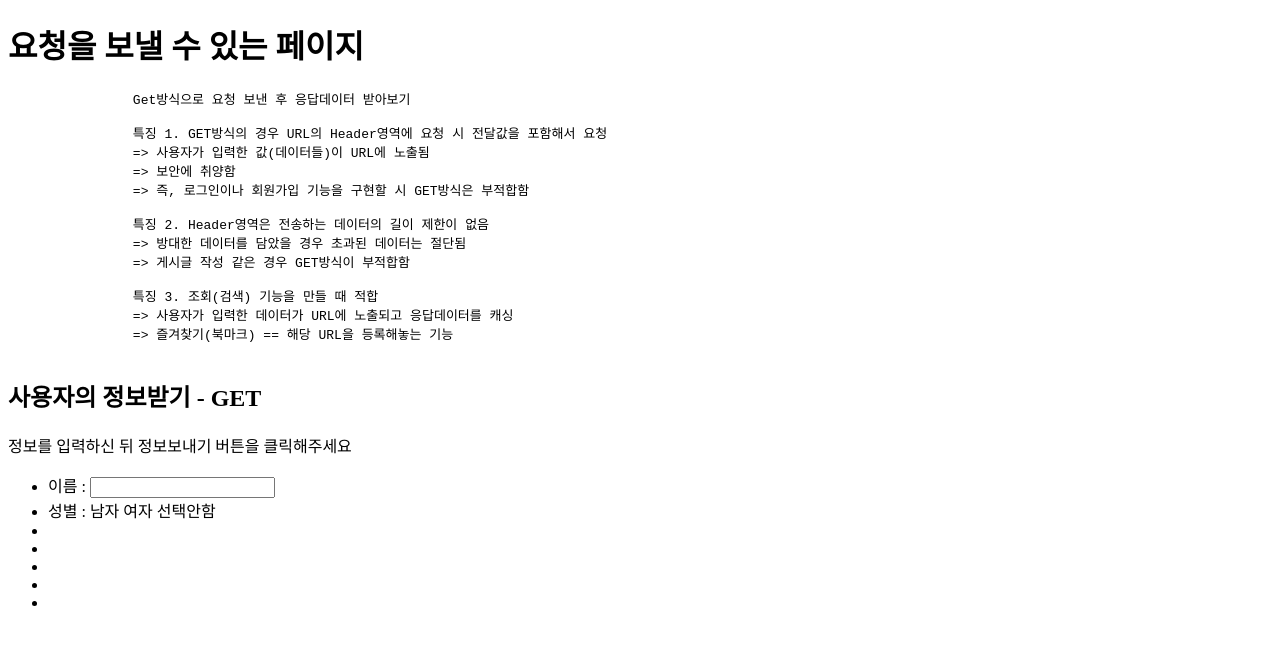
Repository: Simyoungdo04/dynamic-workspace
Page: FirstProject/src/main/webapp/views/request_get.html
The author's editor kept a copy of each file at every save. The page is drawn from the files as they stood at one save, then again after the next save.
The browser window is 1280 px wide. The pictures show the whole page.

Above is the page before, as saved 2026-05-04 05:06:34.

After the next save:
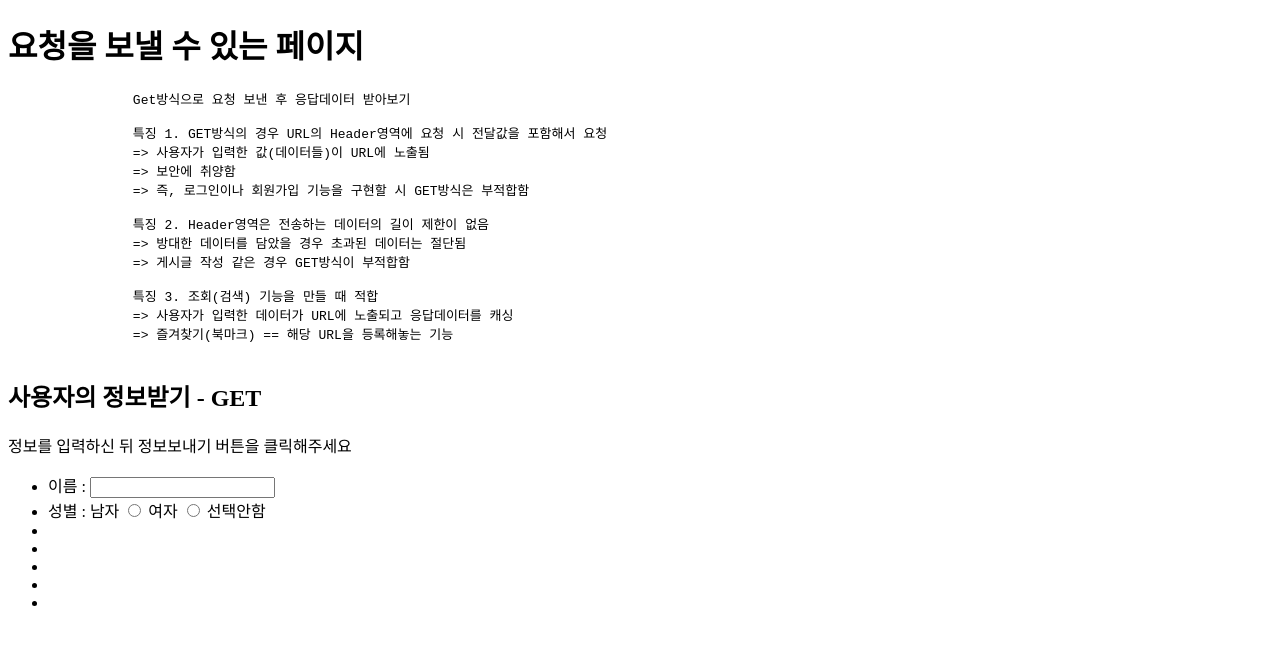
Saved 22 s later.
--- a/FirstProject/src/main/webapp/views/request_get.html
+++ b/FirstProject/src/main/webapp/views/request_get.html
@@ -35,8 +35,8 @@
 			</li>
 			<li>
 				성별 :
-				남자
-				여자
+				남자 <input type="radio" />
+				여자 <input type="radio" />
 				선택안함
 			</li>
 			<li>
